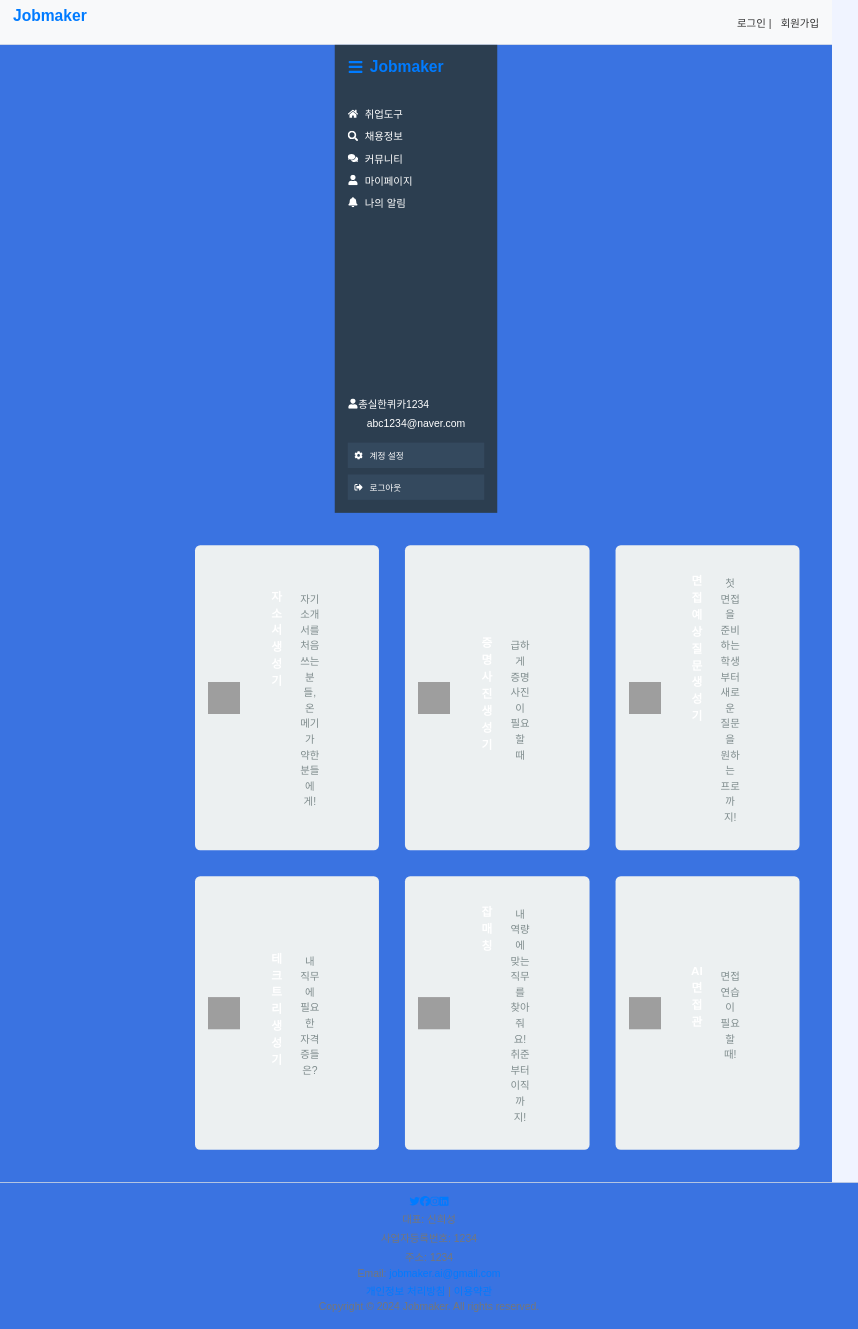
Repository: HSfac/jobmaker
Page: /main
These files come from the project's save history. The page is drawn as it stood at one moment and after the next save; the edit follows.
The browser window is 1280 px wide. The page is 1320 px wide, so the pictures cover 1320 px, including what lies to the right of the window. The pictures show the whole page, at 65% of full size.
Pictures or frames that could not be fetched are drawn as grey boxes. The project was rebuilt for these pictures with package versions that can differ from the ones it lists, and the page was loaded fresh each time. Also part of the build but not shown: src/pages/LandingPage.jsx, src/pages/InfosPage.jsx, src/pages/CommunityPage.jsx, src/pages/MyPage.jsx, src/components/AlertModal.css, src/components/AlertModal.jsx.

Above is the page before, as saved 2024-07-10 22:30:55.

After the next save:
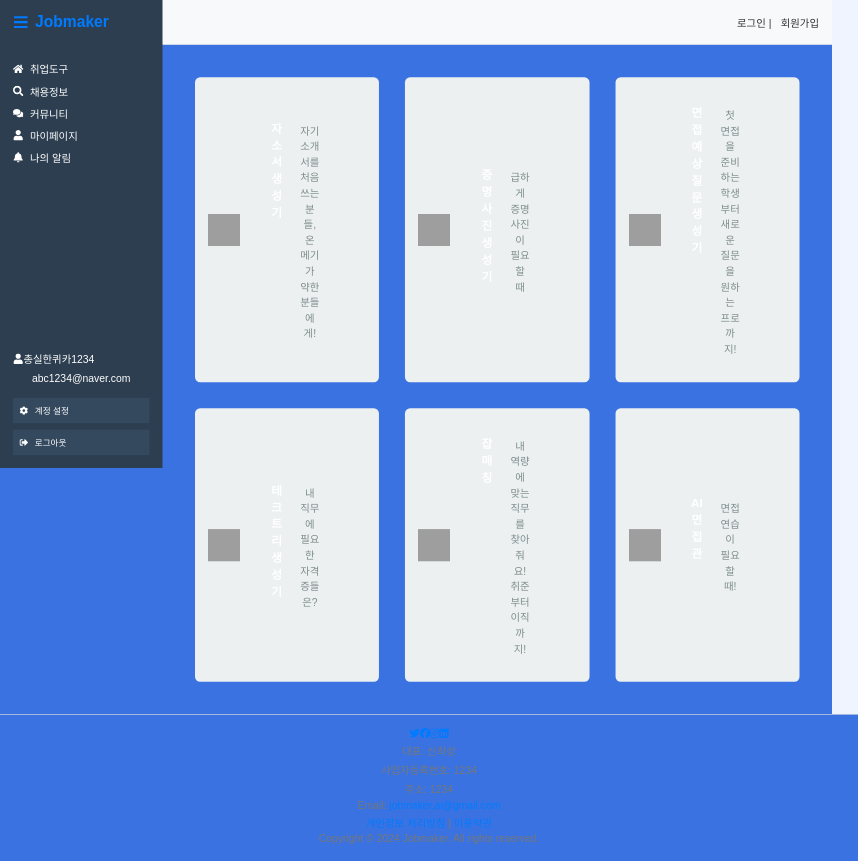
Saved 36 s later.
--- a/src/components/Sidebar.css
+++ b/src/components/Sidebar.css
@@ -9,6 +9,9 @@
   flex-direction: column;
   justify-content: space-between;
   transition: width 0.3s;
+  position: fixed;
+  top: 0;
+  left: 0;
 }
 
 .sidebar.closed {
